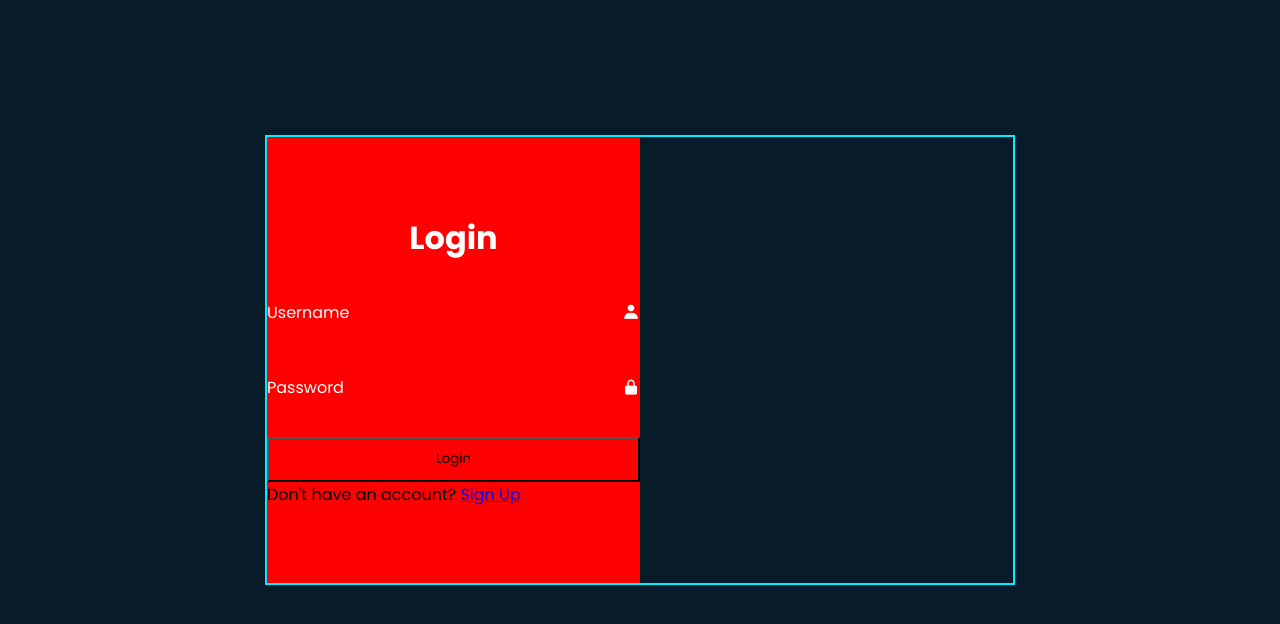
Repository: swastikjhacoder/Login-Registration-HTML
Page: index.html
The author's editor kept a copy of each file at every save. The page is drawn from the files as they stood at one save, then again after a run of saves.
The browser window is 1280 px wide. The pictures show the whole page.

Above is the page before, as saved 2023-09-18 14:38:01.
Not found: js/toastify.js

After the next 8 saves:
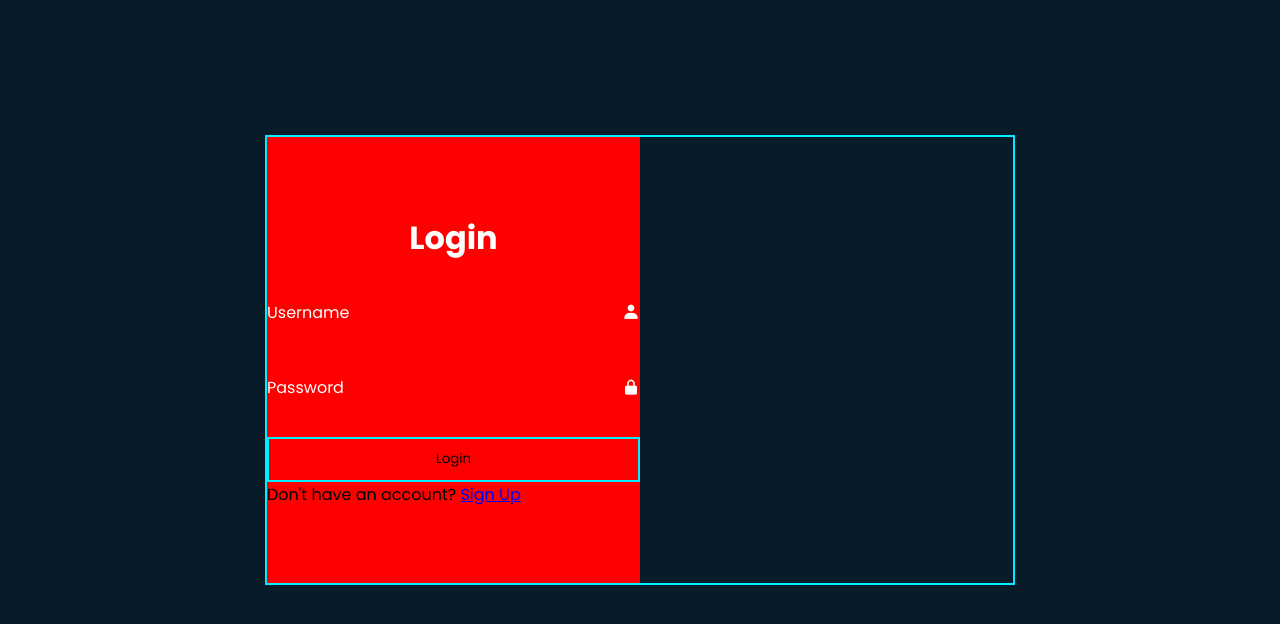
The 8 saves are shown as one change because they came seconds apart.
The last was saved 19 s later.
--- a/style.css
+++ b/style.css
@@ -80,5 +80,6 @@ body {
     width: 100%;
     height: 45px;
     background: transparent;
-    border: ;
+    border: 2px solid #0ef;
+    outline: none;
 }
